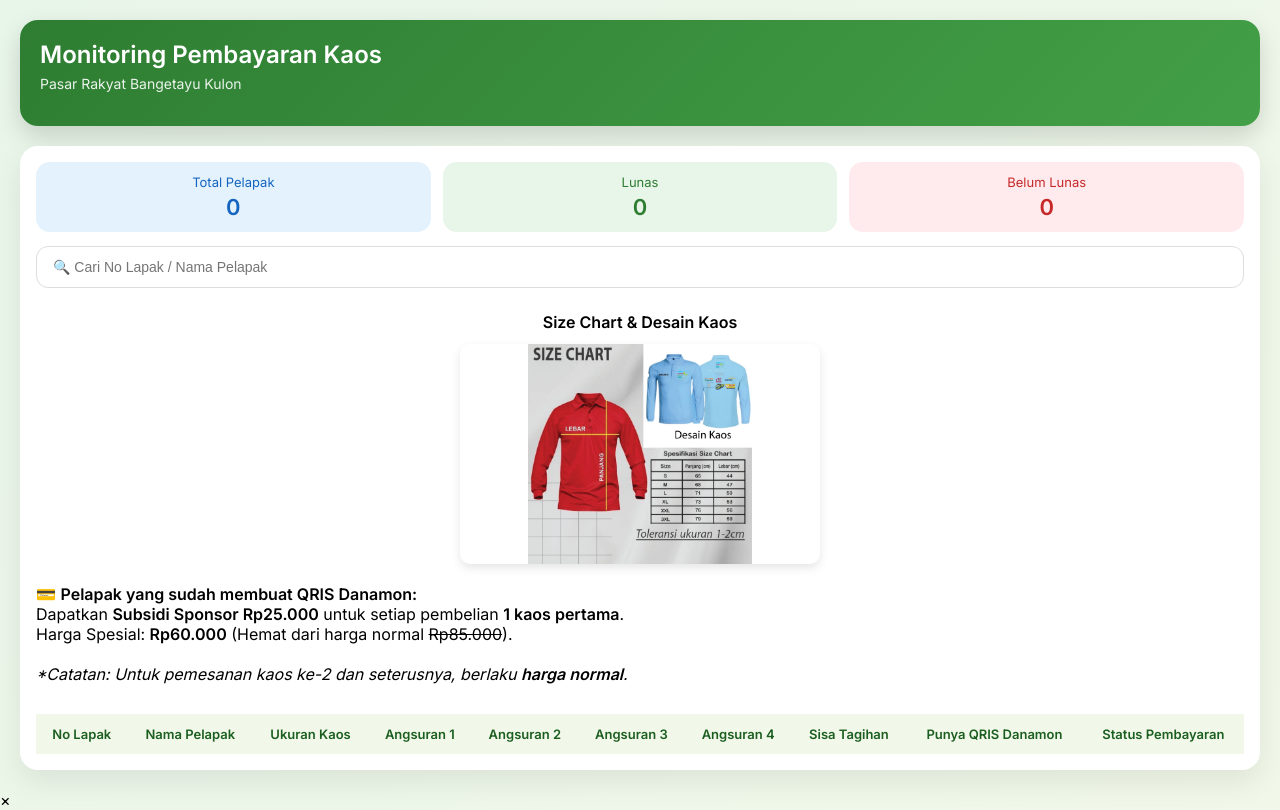
Repository: pasarrakyatbak/monitoringpembayarankaos
Page: index.html
An editor plug-in stored every save of this project. The page is shown before and after a run of saves, followed by the edit.
The browser window is 1280 px wide. The pictures show the whole page.
The page's requests for data from a server got no answer.

Above is the page before, as saved 2026-01-04 14:36:46.

### index.html
<!DOCTYPE html>
<html lang="id">

<head>
    <meta charset="UTF-8">
    <meta name="viewport" content="width=device-width, initial-scale=1.0">
    <title>Monitoring Pembayaran Kaos Pelapak </title>

    <!-- FONT -->
    <link rel="preconnect" href="https://fonts.googleapis.com">
    <link rel="preconnect" href="https://fonts.gstatic.com" crossorigin>
    <link href="https://fonts.googleapis.com/css2?family=Inter:wght@400;500;600&display=swap" rel="stylesheet">

    <link rel="stylesheet" href="style.css">
</head>

<body>

    <div class="app">

        <!-- HEADER -->
        <header class="header">
            <h1>Monitoring Pembayaran Kaos</h1>
            <p>Pasar Rakyat Bangetayu Kulon</p>
        </header>

        <!-- CARD -->
        <div class="card">

            <!-- RINGKASAN -->
            <div class="summary" id="summary">
                <div class="summary-card total">
                    <span>Total Pelapak</span>
                    <strong id="totalPelapak">0</strong>
                </div>
                <div class="summary-card lunas">
                    <span>Lunas</span>
                    <strong id="totalLunas">0</strong>
                </div>
                <div class="summary-card belum">
                    <span>Belum Lunas</span>
                    <strong id="totalBelum">0</strong>
                </div>
            </div>

            <!-- TOOLBAR -->
            <div class="toolbar">
                <input type="text" id="searchInput" placeholder="🔍 Cari No Lapak / Nama Pelapak">
            </div>

            <!-- ====== SECTION GAMBAR KAOS ====== -->
            <section class="kaos-section">
                <h2>Size Chart & Desain Kaos</h2>

                <div class="kaos-image-wrapper">
                    <img src="assets/img/kaos.png" alt="Size Chart dan Desain Kaos" class="kaos-image" id="kaosImage">
                </div>
            </section>
            <!-- ===== INFO SUBSIDI QRIS ===== -->
            <div class="qris-info">
                <p>
                    💳 <strong>Pelapak yang sudah membuat QRIS Danamon:</strong><br>
                    Dapatkan <strong>Subsidi Sponsor Rp25.000</strong> untuk setiap pembelian <strong>1 kaos
                        pertama</strong>.<br>
                    Harga Spesial: <strong>Rp60.000</strong> (Hemat dari harga normal <del>Rp85.000</del>).<br><br>
                    <em>*Catatan: Untuk pemesanan kaos ke-2 dan seterusnya, berlaku <strong>harga normal</strong>.</em>
                </p>
            </div>
            <!-- DESKTOP TABLE -->
            <div class="desktop-view">
                <table>
                    <thead>
                        <tr>
                            <th>No Lapak</th>
                            <th>Nama Pelapak</th>
                            <th>Ukuran Kaos</th>
                            <th>Angsuran 1</th>
                            <th>Angsuran 2</th>
                            <th>Angsuran 3</th>
                            <th>Angsuran 4</th>
                            <th>Sisa Tagihan</th>
                            <th>Punya QRIS Danamon</th>
                            <th>Status Pembayaran</th>
                        </tr>
                    </thead>
                    <tbody id="tableBody"></tbody>
                </table>
            </div>

            <!-- MOBILE CARD -->
            <div class="mobile-view" id="cardContainer"></div>

        </div>
    </div>

    <!-- ===== MODAL ZOOM GAMBAR ===== -->
    <div class="image-modal hidden" id="imageModal">
        <span class="close">&times;</span>
        <img class="modal-content" id="modalImg">
    </div>

    <!-- ===== LOADING OVERLAY ===== -->
    <div id="loadingOverlay" class="loading-overlay hidden">
        <div class="spinner"></div>
        <p>Memuat data...</p>
    </div>
    <script src="script.js"></script>
    <!-- LOADING OVERLAY -->
    <div id="loadingOverlay" class="loading-overlay hidden">
        <div class="spinner"></div>
        <p>Memuat data...</p>
    </div>
</body>

</html>

### style.css
* {
  box-sizing: border-box;
}

body {
  margin: 0;
  font-family: 'Inter', sans-serif;
  background: linear-gradient(135deg, #e8f5e9, #f1f8e9);
}

.app {
  max-width: 1400px;
  margin: auto;
  padding: 20px;
}

/* ================= HEADER ================= */
.header {
  background: linear-gradient(135deg, #2e7d32, #43a047);
  color: #fff;
  padding: 20px;
  border-radius: 18px;
  box-shadow: 0 10px 25px rgba(0, 0, 0, .15);
}

.header h1 {
  margin: 0;
  font-size: 24px;
}

.header p {
  margin-top: 6px;
  opacity: .9;
  font-size: 14px;
}

/* ================= CARD ================= */
.card {
  margin-top: 20px;
  background: #fff;
  border-radius: 18px;
  padding: 16px;
  box-shadow: 0 12px 30px rgba(0, 0, 0, .08);
}

/* ================= SUMMARY ================= */
.summary {
  display: grid;
  grid-template-columns: repeat(3, 1fr);
  gap: 12px;
  margin-bottom: 14px;
}

.summary-card {
  background: #f5f5f5;
  border-radius: 14px;
  padding: 12px;
  text-align: center;
  font-size: 13px;
}

.summary-card strong {
  display: block;
  font-size: 22px;
  margin-top: 4px;
}

.summary-card.total {
  background: #e3f2fd;
  color: #1565c0;
}

.summary-card.lunas {
  background: #e8f5e9;
  color: #2e7d32;
}

.summary-card.belum {
  background: #ffebee;
  color: #c62828;
}

/* ================= TOOLBAR ================= */
.toolbar input {
  width: 100%;
  padding: 12px 16px;
  border-radius: 12px;
  border: 1px solid #ddd;
  font-size: 14px;
}

.toolbar input:focus {
  outline: none;
  border-color: #2e7d32;
}

/* ================= TABLE ================= */
.desktop-view {
  overflow-x: auto;
}

table {
  width: 100%;
  border-collapse: collapse;
  margin-top: 14px;
  min-width: 1000px;
}

thead th {
  background: #f1f8e9;
  color: #1b5e20;
  padding: 12px;
  font-size: 13px;
  position: sticky;
  top: 0;
}

tbody td {
  padding: 12px;
  font-size: 13px;
  text-align: center;
  border-bottom: 1px solid #eee;
}

tbody tr:hover {
  background: #fafafa;
}

/* 🔴 AUTO MERAH BELUM LUNAS */
tr.belum-lunas {
  background: #ffebee !important;
}

tr.belum-lunas:hover {
  background: #ffcdd2 !important;
}

/* ================= BADGE ================= */
.badge {
  padding: 4px 10px;
  border-radius: 20px;
  font-size: 12px;
  font-weight: 600;
}

.badge-lunas {
  background: #e8f5e9;
  color: #2e7d32;
}

.badge-belum {
  background: #fff3e0;
  color: #ef6c00;
}

.badge-yes {
  background: #e3f2fd;
  color: #1565c0;
}

.badge-no {
  background: #fce4ec;
  color: #c2185b;
}

/* ================= MOBILE CARD ================= */
.mobile-view {
  display: none;
  margin-top: 16px;
  gap: 14px;
}

.pelapak-card {
  background: #fff;
  border-radius: 16px;
  padding: 14px;
  box-shadow: 0 8px 20px rgba(0, 0, 0, .08);
  border-left: 6px solid #2e7d32;
}

/* 🔴 CARD MERAH BELUM LUNAS */
.pelapak-card.belum-lunas {
  border-left-color: #c62828;
  background: #fff5f5;
}

.pelapak-header {
  display: flex;
  justify-content: space-between;
  align-items: center;
}

.lapak {
  font-weight: 600;
  color: #1b5e20;
}

.nama {
  font-size: 13px;
  color: #555;
}

.pelapak-body {
  margin-top: 10px;
  display: grid;
  grid-template-columns: repeat(2, 1fr);
  gap: 8px;
}

.item {
  background: #f1f8e9;
  border-radius: 10px;
  padding: 8px;
  text-align: center;
  font-size: 12px;
}

.item span {
  display: block;
  font-size: 11px;
  color: #666;
}

.summary {
  display: grid;
  grid-template-columns: repeat(3, 1fr);
  gap: 12px;
  margin-bottom: 14px;
}

.summary-card {
  border-radius: 14px;
  padding: 12px;
  text-align: center;
  font-size: 13px;
}

.summary-card strong {
  display: block;
  font-size: 22px;
  margin-top: 4px;
}

.summary-card.total {
  background: #e3f2fd;
  color: #1565c0;
}

.summary-card.lunas {
  background: #e8f5e9;
  color: #2e7d32;
}

.summary-card.belum {
  background: #ffebee;
  color: #c62828;
}

/* ================= LOADING ================= */
.loading-overlay {
  position: fixed;
  top: 0;
  left: 0;
  width: 100%;
  height: 100%;
  background: rgba(255, 255, 255, 0.85);
  display: flex;
  flex-direction: column;
  align-items: center;
  justify-content: center;
  z-index: 9999;
  backdrop-filter: blur(4px);
}

.loading-overlay p {
  margin-top: 12px;
  font-size: 14px;
  color: #2e7d32;
  font-weight: 500;
}

.loading-overlay.hidden {
  display: none;
}

.spinner {
  width: 48px;
  height: 48px;
  border: 5px solid #e0e0e0;
  border-top: 5px solid #2e7d32;
  border-radius: 50%;
  animation: spin 1s linear infinite;
}

@keyframes spin {
  to {
    transform: rotate(360deg);
  }
}

/* =============================
   SECTION GAMBAR KAOS
============================= */
.kaos-section {
  margin-top: 24px;
  text-align: center;
}

.kaos-section h2 {
  font-size: 16px;
  font-weight: 600;
  margin-bottom: 12px;
}

/* WRAPPER */
.kaos-image-wrapper {
  max-width: 360px;
  /* BATAS LEBAR */
  margin: 0 auto;
}

/* GAMBAR */
.kaos-image {
  width: 100%;
  max-height: 220px;
  /* BATAS TINGGI */
  object-fit: contain;
  border-radius: 10px;
  box-shadow: 0 4px 10px rgba(0, 0, 0, .1);
}

/* TEKS HINT */
.hint {
  font-size: 12px;
  color: #777;
  margin-top: 6px;
}

/* =============================
   RESPONSIVE DESKTOP
============================= */
/* ================= RESPONSIVE ================= */
@media (max-width: 768px) {
  .summary {
    grid-template-columns: 1fr;
  }

  .kaos-image-wrapper {
    max-width: 420px;
  }

  .kaos-image {
    max-height: 260px;
  }

  .desktop-view {
    display: none;
  }

  .mobile-view {
    display: grid;
    grid-template-columns: 1fr;
    gap: 16px;
  }

  .summary {
    grid-template-columns: 1fr;
  }

  .lapak {
    font-size: 16px;
  }

  .nama {
    font-size: 14px;
  }

  .pelapak-body {
    font-size: 13px;
  }

  .item.full {
    grid-column: span 2;
  }

  .item strong {
    font-weight: 600;
    color: #2e7d32;
  }
}

### script.js
const API_URL = "https://script.google.com/macros/s/AKfycby4z2qZ24SrJkcyGpybH29lSUC_3_z1LG-7wSmTzpaOEXrwjXf0Cl3hqkg95qAxPj1-/exec";

let allData = [];

document.addEventListener('DOMContentLoaded', () => {
    const searchInput = document.getElementById('searchInput');
    const tableBody = document.getElementById('tableBody');
    const cardContainer = document.getElementById('cardContainer');

    const loadingOverlay = document.getElementById('loadingOverlay');

    // =============================
    // LOADING HELPER
    // =============================
    function showLoading() {
        loadingOverlay.classList.remove('hidden');
    }

    function hideLoading() {
        loadingOverlay.classList.add('hidden');
    }

    // =============================
    // LOAD DATA
    // =============================
    async function loadData() {
        try {
            showLoading();

            const res = await fetch(API_URL + "?action=list");
            const data = await res.json();

            allData = data;
            renderAll(data);
            renderSummary(data);

        } catch (err) {
            console.error(err);
            alert("Gagal memuat data");
        } finally {
            hideLoading();
        }
    }

    // =============================
    // SUMMARY
    // =============================
    function renderSummary(data) {
        const totalPelapak = data.length;
        const totalLunas = data.filter(d => d.lunas).length;
        const totalBelum = totalPelapak - totalLunas;

        document.getElementById('totalPelapak').textContent = totalPelapak;
        document.getElementById('totalLunas').textContent = totalLunas;
        document.getElementById('totalBelum').textContent = totalBelum;
    }

    // =============================
    // RENDER ALL
    // =============================
    function renderAll(data) {
        renderTable(data);
        renderCard(data);
    }

    // =============================
    // TABLE (DESKTOP)
    // =============================
    function renderTable(data) {
        tableBody.innerHTML = '';

        data.forEach((row, index) => {
            const statusText = row.lunas ? 'Lunas' : 'Belum Lunas';
            const statusBadge = row.lunas ? 'badge-lunas' : 'badge-belum';
            const rowClass = row.lunas ? '' : 'belum-lunas';

            tableBody.innerHTML += `
        <tr class="${rowClass}">
          <td>${row.noLapak}</td>
          <td>${row.nama}</td>
          <td>${row.ukuran}</td>
          <td>${row.a1}</td>
          <td>${row.a2}</td>
          <td>${row.a3}</td>
          <td>${row.a4}</td>
          <td>Rp ${Number(row.total).toLocaleString('id-ID')}</td>
          <td>
            <input type="checkbox" ${row.qris ? 'checked' : ''} data-index="${index}">
          </td>
          <td>
            <span class="badge ${statusBadge}">${statusText}</span>
          </td>
        </tr>
      `;
        });
    }

    // =============================
    // CARD (MOBILE)
    // =============================
    function renderCard(data) {
        cardContainer.innerHTML = '';

        data.forEach((row, index) => {
            const statusText = row.lunas ? 'Lunas' : 'Belum Lunas';
            const statusBadge = row.lunas ? 'badge-lunas' : 'badge-belum';
            const cardClass = row.lunas ? '' : 'belum-lunas';

            cardContainer.innerHTML += `
        <div class="pelapak-card ${cardClass}">
          <div class="pelapak-header">
            <div>
              <div class="lapak">Lapak ${row.noLapak}</div>
              <div class="nama">${row.nama}</div>
            </div>
            <span class="badge ${statusBadge}">${statusText}</span>
          </div>

          <div class="pelapak-body">
            <div class="item"><span>Ukuran Kaos</span><strong>${row.ukuran}</strong></div>
            <div class="item"><span>Angsuran 1</span><strong>${row.a1}</strong></div>
            <div class="item"><span>Angsuran 2</span><strong>${row.a2}</strong></div>
            <div class="item"><span>Angsuran 3</span><strong>${row.a3}</strong></div>
            <div class="item"><span>Angsuran 4</span><strong>${row.a4}</strong></div>
            <div class="item"><span>Sisa Tagihan</span><strong>Rp ${Number(row.total).toLocaleString('id-ID')}</strong></div>
            <div class="item full">
              <span>Punya QRIS Danamon</span>
              <input type="checkbox" ${row.qris ? 'checked' : ''} data-index="${index}">
            </div>
          </div>
        </div>
      `;
        });
    }


    // =============================
    // UPDATE QRIS (WITH LOADING)
    // =============================
    document.body.addEventListener('change', async (e) => {
        if (e.target.type === 'checkbox' && e.target.dataset.index !== undefined) {
            const index = e.target.dataset.index;

            try {
                showLoading();

                const formData = new FormData();
                formData.append("action", "updateQRIS");
                formData.append("index", index);
                formData.append("qris", e.target.checked ? "true" : "false");

                await fetch(API_URL, {
                    method: "POST",
                    body: formData
                });

                await loadData();
            } catch (err) {
                console.error(err);
                alert("Gagal update data");
            } finally {
                hideLoading();
            }
        }
    });

    // =============================
    // SEARCH
    // =============================
    searchInput.addEventListener('keyup', () => {
        const keyword = searchInput.value.toLowerCase();

        const filtered = allData.filter(item =>
            item.noLapak.toString().includes(keyword) ||
            item.nama.toLowerCase().includes(keyword)
        );

        renderAll(filtered);
        renderSummary(filtered);
    });

    // INIT
    loadData();
});

After the next 2 saves:
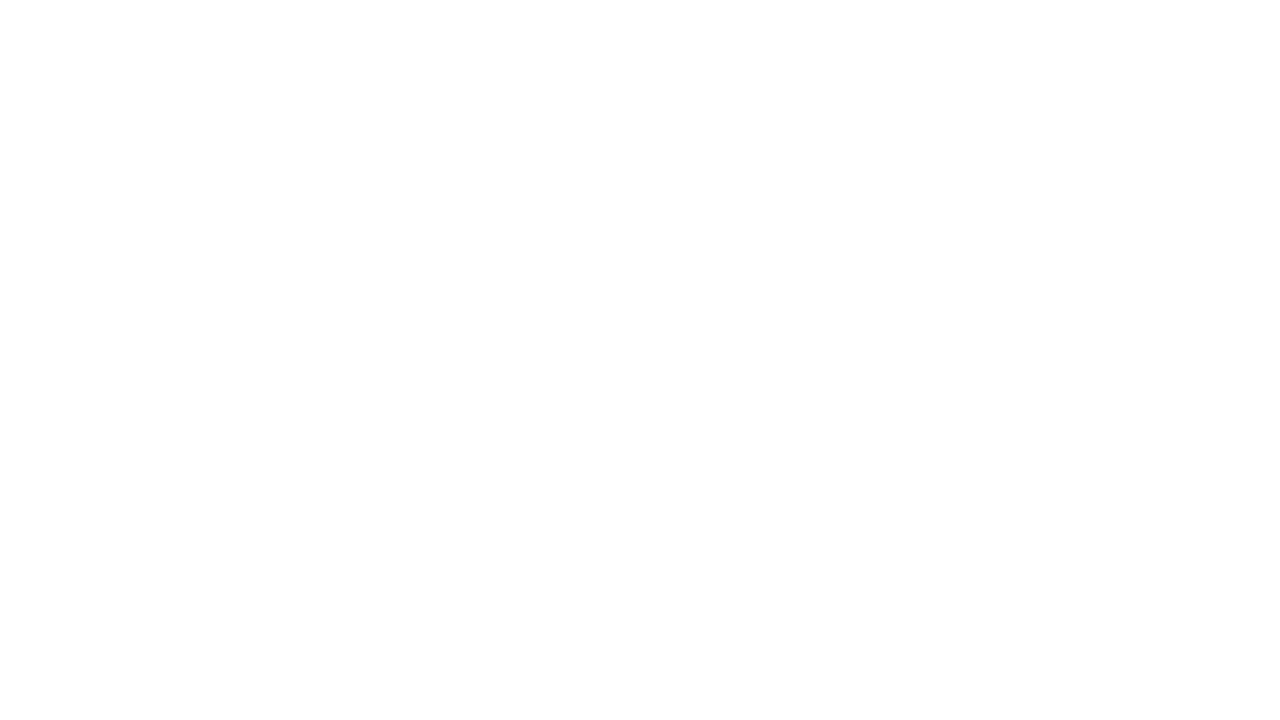
The 2 saves are shown as one change because they came seconds apart.
The last was saved 15 s later.
--- a/index.html
+++ b/index.html
@@ -4,7 +4,8 @@
 <head>
     <meta charset="UTF-8">
     <meta name="viewport" content="width=device-width, initial-scale=1.0">
-    <title>Monitoring Pembayaran Kaos Pelapak </title>
+    <title>Monitoring Pembayaran Kaos Pelapak <br>
+    Pasar Rakyat Bangetayu Kulon/title>
 
     <!-- FONT -->
     <link rel="preconnect" href="https://fonts.googleapis.com">

After the 4 saves that followed:
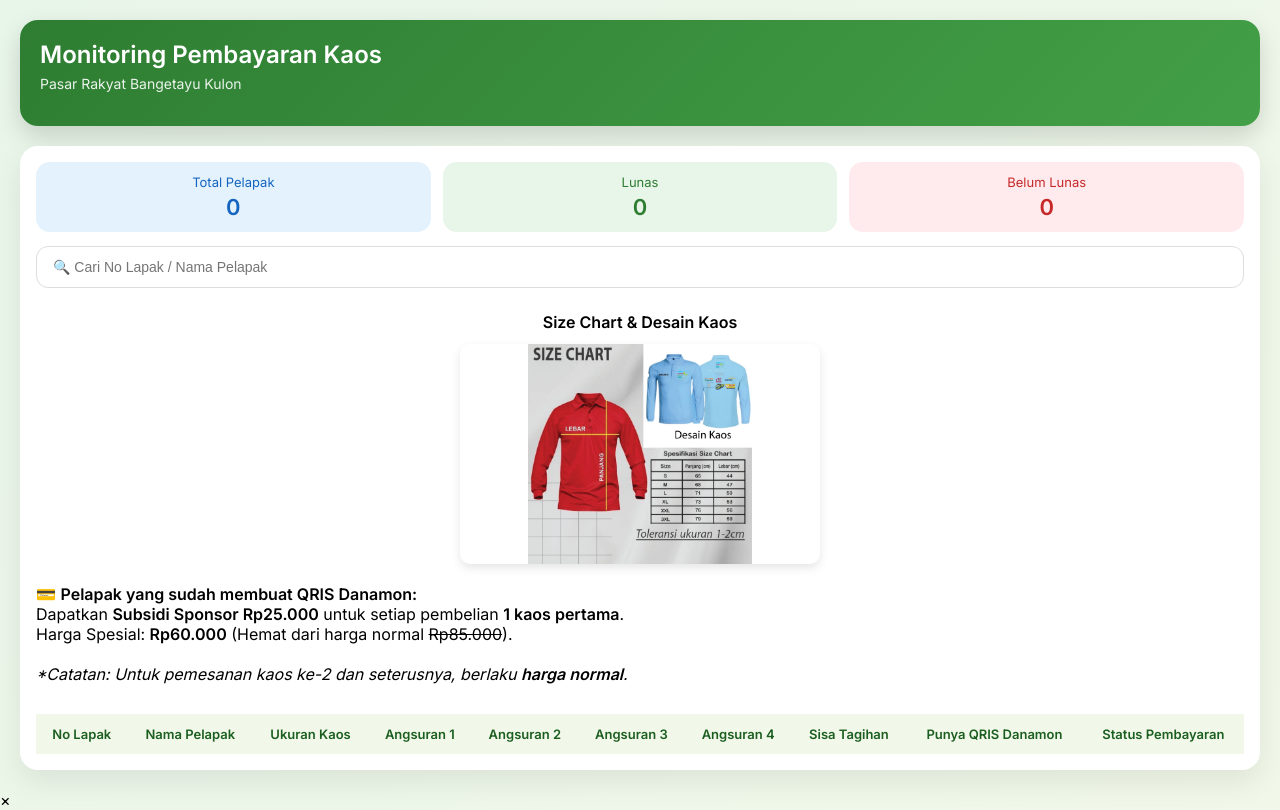
The 4 saves are shown as one change because they came seconds apart.
The last was saved 9 s later.
--- a/index.html
+++ b/index.html
@@ -5,7 +5,7 @@
     <meta charset="UTF-8">
     <meta name="viewport" content="width=device-width, initial-scale=1.0">
     <title>Monitoring Pembayaran Kaos Pelapak <br>
-    Pasar Rakyat Bangetayu Kulon/title>
+        Pasar Rakyat Bangetayu Kulon </title>
 
     <!-- FONT -->
     <link rel="preconnect" href="https://fonts.googleapis.com">
